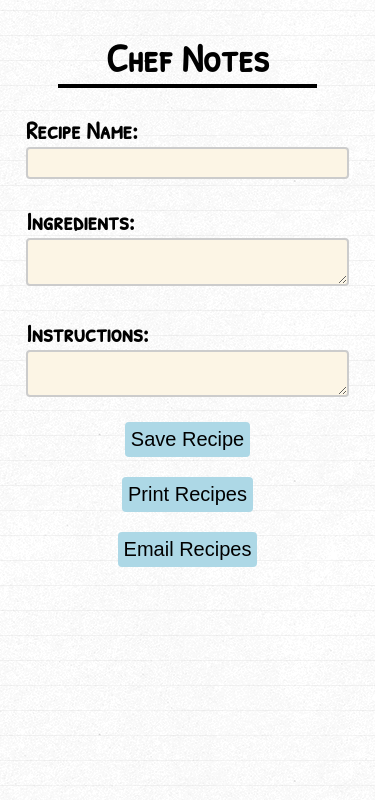
Repository: Chadloswald/RecipeSite
Page: docs/index.html
The author's editor kept a copy of each file at every save. The page is drawn from the files as they stood at one save, then again after the next save.
The browser window is 375 px wide. The pictures show the whole page.

Above is the page before, as saved 2023-05-22 12:32:21.

### docs/index.html
<!DOCTYPE html>
<html lang="en">
  <head>
    <meta charset="UTF-8">
    <meta name="viewport" content="width=device-width, initial-scale=1.0">
    <title>ChefNotes</title>
    <style type="text/css">
    </style>
    <link rel="stylesheet" href="style.css">
  </head>
  <body>
    <h1>Chef Notes</h1>
    <form>
      <label for="name">Recipe Name:</label>
      <input type="text" id="name" name="name">
      <br>
      <label for="ingredients">Ingredients:</label>
      <textarea id="ingredients" name="ingredients"></textarea>
      <br>
      <label for="instructions">Instructions:</label>
      <textarea id="instructions" name="instructions"></textarea>
      <br>
      <button id="saveButton" type="button">Save Recipe</button>
      <button id="printButton">Print Recipes</button>
      <button id="emailButton">Email Recipes</button>
    </form>
    <div id="recipe-list">
      <div class="recipe-line"></div>
    <div id="list"></div>
    </div>
    <script src="scripts.js"></script>
  </body>
</html>

### docs/style.css
@font-face {
  font-family: 'Patrick Hand';
  src: url('PatrickHandSC-Regular.ttf') format('truetype');
}

body {
  font-family: 'Patrick Hand', cursive;
  margin-top: 30px 0px 0px 0px;
  padding: 0;
  background-image: url("lined-paper-2.png");
}

h1 {
  text-align: center;
  padding: 20px 0 0 0;
  border-bottom: 4px solid black;
  margin: 0 300px;
  font-size: 70px;
}

form {
  width: 80%;
  margin: 0 auto;
}

label {
  display: block;
  font-weight: bold;
  margin-top: 1em;
  font-size: 25px;
}

input[type="text"], textarea {
  background-color: #FCF5E5;
  width: 100%;
  box-sizing: border-box;
  padding: 0.5em;
  border: 2px solid #ccc;
  border-radius: 4px;
}

button {
  display: block;
  margin: 1em auto;
  padding: 0.5em;
  border-radius: 4px;
  font-size: 30px;
  border: none;
  cursor: pointer;
  background-color: #ADD8E6;
  color: black;
}

button:hover {
  background-color: gray;
  color: #FCF5E5;
}

#recipe-list {
  width: 80%;
  margin: 1em auto;
  font-size: 25px;
}

h2 {
  font-size: 25px;
}

p {
  font-size: 20px;
}

.recipe-line {
  height: 1px;
	background-color: black;
	position: relative;
	margin-top: 30px;
	margin-bottom: 30px;
	left: 0;
	width: 50%;
  display: none;
}

.recipe:not(:last-child) .recipe-line {
  display: block;
  margin-left: 25%;
}

/* Printing style */
@media print {
  /* Remove form elements */
  form {
    display: none;
  }

  /* Position Chef and Notes next to each other */
  h1 {
    display: flex;
    align-items: center;
    justify-content: center;
    font-size: 40px;
    margin: 0;
    padding-top: 20px;
    border-bottom: 4px solid black;
    page-break-after: avoid; /* prevent the header from breaking across pages */
  }

  h1 span:first-child {
    margin-right: 20px; /* add space between Chef and Notes */
  }

  /* Adjust margins and padding */
  body {
    margin: 20mm 25mm 20mm 25mm; /* top right bottom left */
    padding: 0;
  }

  h2 {
    font-size: 30px;
  }

  p {
    font-size: 20px;
  }

  /* Add page breaks between recipes */
  .recipe:not(:last-child) {
    page-break-after: always;
  }
  #recipe-list {
    margin-left: 0;
  }
}

/* Media query for screens with a maximum width of 600 pixels */
@media screen and (max-width: 600px) {
  body {
    /* Modify the styles for smaller screens */
    margin-top: 10px;
    /* Add any other necessary adjustments */
  }

  h1 {
    /* Modify the styles for smaller screens */
    font-size: 40px;
    margin: 0 50px;
    /* Add any other necessary adjustments */
  }

  form {
    /* Modify the styles for smaller screens */
    width: 90%;
    /* Add any other necessary adjustments */
  }

  button {
    font-size: 20px; /* Adjust the font size */
    padding: 0.3em; /* Adjust the padding */
  }
}

### docs/scripts.js
document.addEventListener('DOMContentLoaded', function() {
  const saveButton = document.getElementById('saveButton');
  const printButton = document.getElementById('printButton');
  const emailButton = document.getElementById('emailButton');
  const nameInput = document.getElementById('name');
  const ingredientsInput = document.getElementById('ingredients');
  const instructionsInput = document.getElementById('instructions');
  const recipeList = document.getElementById('recipe-list');

  saveButton.addEventListener('click', function() {
    const name = nameInput.value;
    const ingredients = ingredientsInput.value;
    const instructions = instructionsInput.value;

    const recipe = document.createElement('div');
    const recipeName = document.createElement('h2');
    const recipeIngredients = document.createElement('p');
    const recipeInstructions = document.createElement('p');
    const recipeLine = document.createElement('div');

    recipeLine.classList.add('recipe-line');
    recipe.appendChild(recipeLine);

    recipeName.innerText = name;
    recipeIngredients.innerText = `Ingredients: ${ingredients}`;
    recipeInstructions.innerText = `Instructions: ${instructions}`;

    recipe.appendChild(recipeName);
    recipe.appendChild(recipeIngredients);
    recipe.appendChild(recipeInstructions);

    recipeList.appendChild(recipe);
    recipeLine.style.display = 'block';

    nameInput.value = '';
    ingredientsInput.value = '';
    instructionsInput.value = '';
  });

  printButton.addEventListener('click', function() {
    const recipeContainer = recipeList.innerHTML;
    const printContent = document.createElement('div');
    printContent.innerHTML = recipeContainer;

    const mailtoLink = document.createElement('a');
    mailtoLink.href = 'mailto:?subject=My Saved Recipes&body=' + encodeURIComponent(printContent.innerText);

    // Create a temporary link and simulate a click
    const tempLink = document.createElement('a');
    tempLink.href = mailtoLink.href;
    tempLink.style.display = 'none';
    tempLink.target = '_blank';
    document.body.appendChild(tempLink);
    tempLink.click();
    document.body.removeChild(tempLink);
  });

  emailButton.addEventListener('click', function() {
    const recipient = prompt('What email address do you want to send your recipes to?');
    if (recipient) {
      const mailtoLink = document.createElement('a');
      mailtoLink.href = 'mailto:' + recipient + '?subject=My Saved Recipes&body=' + encodeURIComponent(recipeList.innerText);
      mailtoLink.click();
    }
  });
});

After the next save:
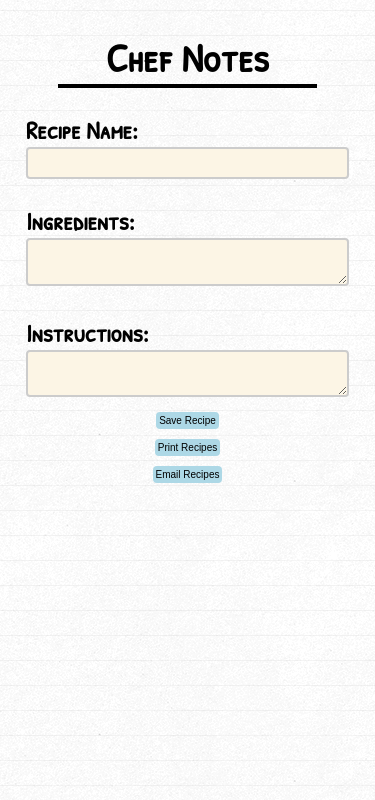
Saved 40 s later.
--- a/docs/style.css
+++ b/docs/style.css
@@ -154,7 +154,7 @@ p {
   }
 
   button {
-    font-size: 20px; /* Adjust the font size */
+    font-size: 10px; /* Adjust the font size */
     padding: 0.3em; /* Adjust the padding */
   }
 }
